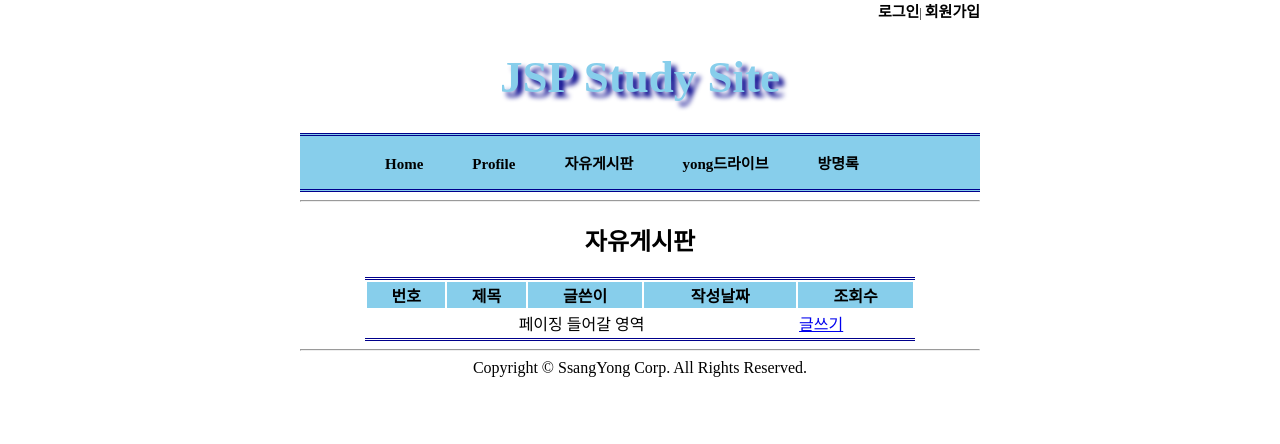
Repository: Rege-97/test
Page: http://localhost/myweb/bbs/bbsList.jsp
An editor plug-in stored every save of this project. The page is shown before and after the next save, followed by the edit.
The browser window is 1280 px wide. The pictures show the whole page.
The page is served by Tomcat 9. Other server files are loaded and not shown. Queries for data that is not in the repository find no rows.

Above is the page before, as saved 2025-03-24 01:11:15.

### myweb/src/main/webapp/bbs/bbsList.jsp
<%@ page language="java" contentType="text/html; charset=UTF-8" pageEncoding="UTF-8"%>
<%@ page import="java.util.*"%>
<%@ page import="com.yong.bbs.*"%>
<jsp:useBean id="bdao" class="com.yong.bbs.BbsDAO" scope="session"></jsp:useBean>
<!DOCTYPE html>
<html>
<head>
<meta charset="UTF-8">
<title>Insert title here</title>
<link rel="stylesheet" type="text/css" href="/myweb/css/mainLayout.css">
<style>
h2 {
	text-align: center;
}

table {
	width: 550px;
	margin: 0px auto;
	border-top: 3px double darkblue;
	border-bottom: 3px double darkblue;
}

table thead th {
	background-color: skyblue;
}
</style>
</head>
<body>
	<%@include file="/header.jsp"%>
	<section>
		<article>
			<h2>자유게시판</h2>
			<table>
				<thead>
					<tr>
						<th>번호</th>
						<th>제목</th>
						<th>글쓴이</th>
						<th>작성날짜</th>
						<th>조회수</th>
					</tr>
				</thead>
				<tfoot>
					<tr>
						<td colspan="4" align="center">페이징 들어갈 영역</td>
						<td>
							<a href="bbsWrite.jsp">글쓰기</a>
						</td>
					</tr>
				</tfoot>
				<tbody>
					<%
					ArrayList<BbsDTO> arr = bdao.bbsList();
					if (arr == null || arr.size() == 0) {

					} else {

					}
					%>
				</tbody>
			</table>
		</article>
	</section>
	<%@include file="/footer.jsp"%>
</body>
</html>

### myweb/src/main/webapp/header.jsp
<%@ page language="java" contentType="text/html; charset=UTF-8" pageEncoding="UTF-8"%>
<jsp:useBean id="mdao" class="com.yong.member.MemberDAO"></jsp:useBean>
<!-- 상단으로 구분 -->
<script>
	function openLogin() {
		window
				.open('/myweb/member/login.jsp', 'login',
						'width=450 ,height=350');
	}
</script>
<%
String sname = (String) session.getAttribute("sname");
%>
<header>
	<%
	if (sname == null) {
	%>
	<div>
		<a href="javascript:openLogin()">로그인</a>| <a href="/myweb/member/memberJoin.jsp">회원가입</a>
	</div>
	<%
	} else {
	%>
	<div><%=sname%>님 로그인중... | <a href="/myweb/member/logout.jsp">로그아웃</a>
	</div>
	<%
	}
	%>


	<h1>JSP Study Site</h1>
	<!-- 메뉴 영역으로 구분 -->
	<nav>
		<ul>
			<li><a href="/myweb/index.jsp">Home</a></li>
			<li><a href="/myweb/profile.jsp">Profile</a></li>
			<li><a href="/myweb/bbs/bbsList.jsp">자유게시판</a></li>
			<li><a href="/myweb/webfolder/webfolder.jsp">yong드라이브</a></li>
			<li><a href="#">방명록</a></li>
		</ul>
	</nav>
	<hr>
</header>

### myweb/src/main/webapp/footer.jsp
<%@ page language="java" contentType="text/html; charset=UTF-8"
	pageEncoding="UTF-8"%>
<!-- 하단으로 구분 -->
<footer>
	<hr>
	<div>Copyright &copy; SsangYong Corp. All Rights Reserved.</div>
</footer>

### myweb/src/main/java/com/yong/bbs/BbsDAO.java
package com.yong.bbs;

import java.sql.Connection;
import java.sql.Date;
import java.sql.PreparedStatement;
import java.sql.ResultSet;
import java.util.ArrayList;

public class BbsDAO {

	private Connection conn;
	private PreparedStatement ps;
	private ResultSet rs;

	public BbsDAO() {
		// TODO Auto-generated constructor stub
	}

	/** 글쓰기 관련 메서드 */
	public int bbsWrite(BbsDTO dto) {
		try {
			conn = com.yong.db.YongDB.getConn();
			String sql = "insert into jsp_bbs values(jsp_bbs_idx.nextval,?,?,?,?,sysdate,0,0,0,0)";

			ps = conn.prepareStatement(sql);
			ps.setString(1, dto.getWriter());
			ps.setString(2, dto.getPwd());
			ps.setString(3, dto.getTitle());
			ps.setString(4, dto.getContent());

			int count = ps.executeUpdate();
			return count;

		} catch (Exception e) {
			e.printStackTrace();
			return -1;
		} finally {
			try {
				if (ps != null)
					ps.close();
				if (conn != null)
					conn.close();
			} catch (Exception e2) {

			}
		}
	}

	/** 목록 관련 메서드 */
	public ArrayList<BbsDTO> bbsList() {
		try {
			conn = com.yong.db.YongDB.getConn();
			String sql = "select * from jsp_bbs order by idx desc";
			ps = conn.prepareStatement(sql);
			rs = ps.executeQuery();
			ArrayList<BbsDTO> arr = new ArrayList<BbsDTO>();

			while (rs.next()) {
				int idx = rs.getInt("idx");
				String writer = rs.getString("writer");
				String pwd = rs.getString("pwd");
				String title = rs.getString("title");
				String content = rs.getString("content");
				Date writedate = rs.getDate("writedate");
				int readnum = rs.getInt("readnum");
				int ref = rs.getInt("ref");
				int lev = rs.getInt("lev");
				int sunbun = rs.getInt("sunbun");

				BbsDTO dto = new BbsDTO(idx, writer, pwd, title, content, writedate, readnum, ref, lev, sunbun);
				arr.add(dto);
			}

			return arr;

		} catch (Exception e) {
			e.printStackTrace();
			return null;
		} finally {
			try {
				if (rs != null)
					rs.close();
				if (ps != null)
					ps.close();
				if (conn != null)
					conn.close();
			} catch (Exception e2) {

			}
		}
	}
}

### myweb/src/main/java/com/yong/member/MemberDAO.java
package com.yong.member;

import java.util.*;

import com.yong.emp.EmpDTO;

import java.sql.*;
import java.sql.Date;

public class MemberDAO {

	private Connection conn;
	private PreparedStatement ps;
	private ResultSet rs;

	public static final int NOT_ID = 1;
	public static final int NOT_PWD = 2;
	public static final int LOGIN_OK = 3;
	public static final int ERROR = -1;

	public MemberDAO() {

	}

	/** 회원가입 관련 메서드 */
	public int memberJoin(MemberDTO mdto) {

		try {
			conn = com.yong.db.YongDB.getConn();
			String sql = "insert into jsp_member values(jsp_member_idx.nextval," + "?,?,?,?,?,?,sysdate)";
			ps = conn.prepareStatement(sql);
			ps.setString(1, mdto.getId()); // dto로부터 getId가져옴
			ps.setString(2, mdto.getPwd());
			ps.setString(3, mdto.getName());
			ps.setString(4, mdto.getEmail());
			ps.setString(5, mdto.getTel());
			ps.setString(6, mdto.getAddr());
			int count = ps.executeUpdate(); // 결과 리턴해주면 비즈니스 로직 끝
			return count; // 리턴

		} catch (Exception e) {
			e.printStackTrace();
			return -1; // 무언가가 잘못됐을 경우 양수만 아니면 되므로 -1 넣어서 무언가 잘못됐다고 알려줌
		} finally {
			try {
				if (ps != null)
					ps.close();
				if (conn != null)
					conn.close();
			} catch (Exception e2) {
			}
		}
	}

	/** 아이디 중복검사 관련 메서드 */
	public boolean idCheck(String userid) {
		try {
			conn = com.yong.db.YongDB.getConn();
			String sql = " select * from jsp_member where id=?"; // 조회된 데이터가 있냐 없냐가 중요
			// id로 검색(검사)아이디 가져올거임

			ps = conn.prepareStatement(sql);
			ps.setString(1, userid);
			rs = ps.executeQuery(); // 있냐 ,없냐 판단하므로 데이터 가져올 필요없음//result에 물어보기만 하먄됨
			return rs.next(); // 데이터 있냐 있으면 true, 없으면 false가 자동으로 돌아감
		} catch (Exception e) {
			e.printStackTrace();
			return false; // 중복검사했을 때 통과될 수 있도록 false로 함
		} finally {
			try {

				if (rs != null)
					rs.close();
				if (ps != null)
					ps.close();
				if (conn != null)
					conn.close();
			} catch (Exception e2) {
			}
		}
	}

	/** 회원 검색 관련 메서드 */
	public ArrayList<MemberDTO> memberFind(String fkey, String fvalue) {
		try {
			conn = com.yong.db.YongDB.getConn();

			String sql = "select * from jsp_member where " + fkey + "=?";

			ps = conn.prepareStatement(sql);
			ps.setString(1, fvalue);
			rs = ps.executeQuery();

			ArrayList<MemberDTO> arr = new ArrayList<MemberDTO>();

			while (rs.next()) {
				int idx = rs.getInt("idx");
				String id = rs.getString("id");
				String pwd = rs.getString("pwd");
				String name = rs.getString("name");
				String email = rs.getString("email");
				String tel = rs.getString("tel");
				String addr = rs.getString("addr");
				Date joindate = rs.getDate("joindate");

				MemberDTO dto = new MemberDTO(idx, id, pwd, name, email, tel, addr, joindate);
				arr.add(dto);
			}

			return arr;
		} catch (Exception e) {
			e.printStackTrace();
			return null;
		} finally {
			try {

				if (rs != null)
					rs.close();
				if (ps != null)
					ps.close();
				if (conn != null)
					conn.close();
			} catch (Exception e2) {
			}
		}
	}

	public int loginCheck(String userid, String userpwd) {

		try {
			conn = com.yong.db.YongDB.getConn();
			String sql = "Select pwd from jsp_member where id=?";
			ps = conn.prepareStatement(sql);
			ps.setString(1, userid);
			rs = ps.executeQuery();

			if (rs.next()) {
				String dbpwd = rs.getString("pwd");
				if (dbpwd.equals(userpwd)) {
					return LOGIN_OK;
				} else {
					return NOT_PWD;
				}
			} else {
				return NOT_ID;
			}

		} catch (Exception e) {
			e.printStackTrace();
			return ERROR;
		} finally {
			try {
				if (rs != null)
					rs.close();
				if (ps != null)
					ps.close();
				if (conn != null)
					conn.close();
			} catch (Exception e2) {

			}
		}
	}

	public String getUserInfo(String userid) {
		try {
			conn = com.yong.db.YongDB.getConn();
			String sql = "Select name from jsp_member where id=?";
			ps = conn.prepareStatement(sql);

			ps.setString(1, userid);
			rs = ps.executeQuery();
			rs.next();
			return rs.getString(1);
		} catch (Exception e) {
			e.printStackTrace();
			return null;
		} finally {
			try {
				if (rs != null)
					rs.close();
				if (ps != null)
					ps.close();
				if (conn != null)
					conn.close();
			} catch (Exception e2) {

			}
		}

	}
}

### myweb/src/main/java/com/yong/db/YongDB.java
package com.yong.db;

import java.sql.Connection;

import javax.naming.Context;
import javax.naming.InitialContext;
import javax.naming.NamingException;
import javax.sql.DataSource;

public class YongDB {
	static DataSource ds;

	static {
		try {
			Context initContext = new InitialContext();
			Context envContext = (Context) initContext.lookup("java:/comp/env");
			ds = (DataSource) envContext.lookup("jdbc/myoracle");
		} catch (Exception e) {
			e.printStackTrace();
		}
	}

	public static Connection getConn() throws Exception {

		return ds.getConnection();
	}
}

### myweb/src/main/webapp/css/mainLayout.css
@charset "UTF-8";

body {
	width: 680px;
	margin: 0px auto;
}

header {
	width: 680px;
}

header div {
	text-align: right;
	font-size: 12px;
}

header h1 {
	text-align: center;
	font-size: 45px;
	color: skyblue;
	text-shadow: 5px 5px 5px darkblue;
}

header nav {
	background-color: skyblue;
	border-top: 3px double darkblue;
	border-bottom: 3px double darkblue;
}

header nav li {
	list-style-type: none;
	display: inline;
	padding-left: 45px;
}

header a {
	color: black;
	text-decoration: none;
	font-size: 15px;
	font-weight: bold;
}

section {
	width: 680px;
}

#mainImg {
	width: 300px;
	float: left;
}

#mainImg img {
	width: 300px;
	height: 250px;
}

#mainSubmenu {
	float: left;
}

footer {
	width: 680px;
	clear: both;
}

footer div {
	text-align: center;
}

After the next save:
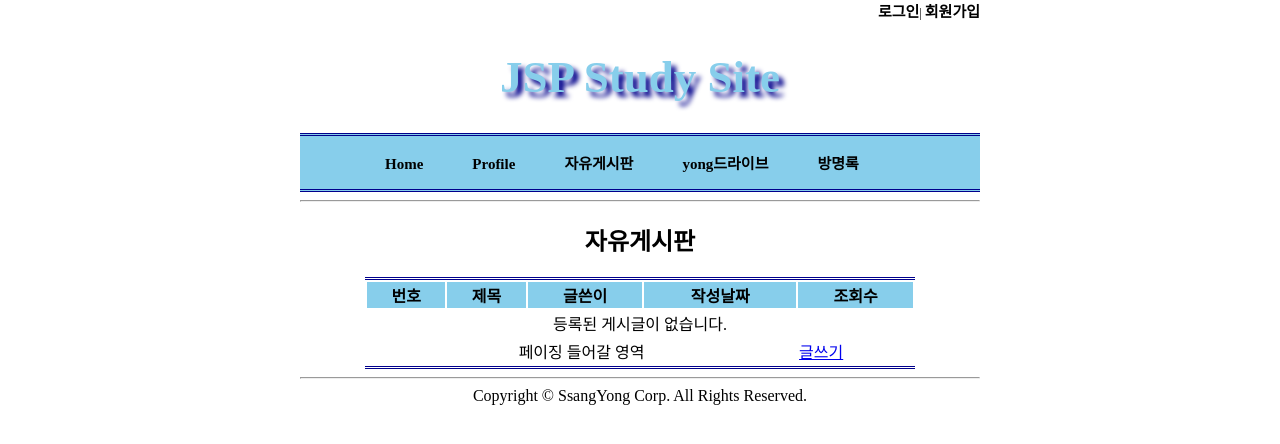
Saved 2 min 11 s later.
--- a/myweb/src/main/webapp/bbs/bbsList.jsp
+++ b/myweb/src/main/webapp/bbs/bbsList.jsp
@@ -52,9 +52,24 @@ table thead th {
 					<%
 					ArrayList<BbsDTO> arr = bdao.bbsList();
 					if (arr == null || arr.size() == 0) {
-
+						%>
+						<tr>
+						<td colspan="5" align="center">
+						등록된 게시글이 없습니다.
+						</tr>
+						<%
 					} else {
-
+						for(int i=0;i<arr.size();i++){
+							%>
+							<tr>
+							<td><%=arr.get(i).getIdx() %></td>
+							<td><%=arr.get(i).getTitle() %></td>
+							<td><%=arr.get(i).getWriter() %></td>
+							<td><%=arr.get(i).getWritedate() %></td>
+							<td><%=arr.get(i).getReadnum() %></td>
+							</tr>
+							<%
+						}
 					}
 					%>
 				</tbody>
